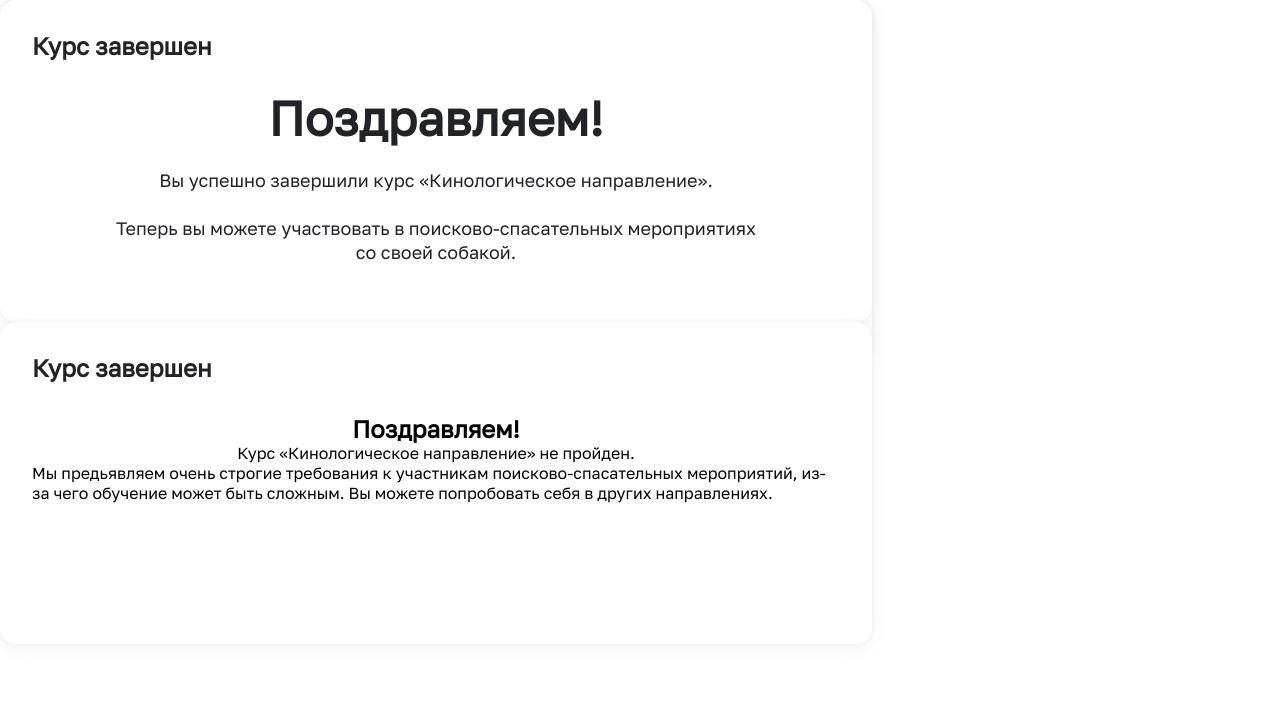
Repository: RuslanSR2424/Group5_LizaAlert
Page: index.html
An editor plug-in stored every save of this project. The page is shown before and after the next save, followed by the edit.
The browser window is 1280 px wide. The pictures show the whole page.

Above is the page before, as saved 2022-03-10 14:39:09.

### index.html
<!DOCTYPE html>
<html lang="en">

<head>
    <meta charset="UTF-8">
    <meta http-equiv="X-UA-Compatible" content="IE=edge">
    <meta name="viewport" content="width=device-width, initial-scale=1.0">
    <title>Document</title>
    <link rel="stylesheet" href="./pages/index.css" />
</head>

<body class="root">
    <section class="endOfCourse">
        <div class="endOfCourse">
            <p class="endOfCourse__name">Курс завершен</p>
            <div class="endOfCourse__container endOfCourse__container_type_congratulate">
                <h2 class="endOfCourse__title endOfCourse__title_type_congratulate">Поздравляем!</h2>
                <p class="endOfCourse__text endOfCourse__text_type_congratulate">Вы успешно завершили курс
                    «Кинологическое направление».</p>
                <p class="endOfCourse__text endOfCourse__text_type_congratulate">Теперь вы можете участвовать
                    в поисково-спасательных мероприятиях со своей
                    собакой.</p>
            </div>
        </div>
        <div class="endOfCourse">
            <p class="endOfCourse__name">Курс завершен</p>
            <div class="endOfCourse__container endOfCourse__container_type_sorry">
                <h2 class="endOfCourse__title endOfCourse__title_type_sorry">Поздравляем!</h2>
                <p class="endOfCourse__text endOfCourse__text_type_sorry">Курс «Кинологическое направление»
                    не пройден.</p>
                <p class="endOfCourse__text endOfCourse__text_type_sorry">Мы предьявляем очень строгие требования
                    к участникам поисково-спасательных мероприятий, из-за чего обучение может быть сложным. Вы можете
                    попробовать себя в других направлениях.</p>
            </div>
        </div>
    </section>

</body>

</html>

### pages/index.css
@import url(../fonts/fonts.css);
@import url(../blocks/root/root.css);

/* endOfCourse */

@import url(../blocks/endOfCourse/endOfCourse.css);
@import url(../blocks/endOfCourse/__congratulate/endOfCourse__congratulate.css);
@import url(../blocks/endOfCourse/__name/endOfCourse__name.css);
@import url(../blocks/endOfCourse/__container/endOfCourse__container.css);
@import url(../blocks/endOfCourse/__container/_type/endOfCourse__container_type_congratulate.css);
@import url(../blocks/endOfCourse/__text/endOfCourse__text.css);
@import url(../blocks/endOfCourse/__text/_type/endOfCourse__text_type_congratulate.css);
@import url(../blocks/endOfCourse/__title/endOfCourse__title.css);
@import url(../blocks/endOfCourse/__title/_type/endOfCourse__title_type_congratulate.css);

### fonts/fonts.css
@font-face {
    font-family: "GolosTextWebRegular";
    src: url(./golos/Golos-Text_Regular.woff2) format("woff2"),
      url(./golos/Golos-Text_Regular.woff) format("woff");
    font-weight: normal;
    font-style: normal;
  }
  @font-face {
    font-family: "GolosTextWebBold";
    src: url(./golos/Golos-Text_Bold.woff2) format("woff2"),
      url(./golos/Golos-Text_Bold.woff) format("woff");
    font-weight: 700,bold;
    font-style: normal;
  }

### blocks/root/root.css
.root {
  margin: 0;
  padding: 0;
  font-family: "GolosTextWebRegular";
}

### blocks/endOfCourse/endOfCourse.css
.endOfCourse {
  display: flex;
  flex-direction: column;

  width: 872px;
  height: 354px;

  background: #ffffff;
  box-shadow: 0px 0px 4px rgba(231, 232, 235, 0.6),
    0px 4px 16px rgba(231, 232, 235, 0.6);
  border-radius: 16px;
}

### blocks/endOfCourse/__congratulate/endOfCourse__congratulate.css
.endOfCourse__congratulate {
  display: flex;
  flex-direction: column;

  width: 872px;
  height: 354px;

  background: #ffffff;
  box-shadow: 0px 0px 4px rgba(231, 232, 235, 0.6),
    0px 4px 16px rgba(231, 232, 235, 0.6);
  border-radius: 16px;
}

### blocks/endOfCourse/__name/endOfCourse__name.css
.endOfCourse__name {
  font-style: normal;
  font-weight: 700;
  font-size: 24px;
  line-height: 28px;
  color: #212329;

  margin: 32px 32px 0 32px;
  padding: 0;
}

### blocks/endOfCourse/__container/endOfCourse__container.css
.endOfCourse__container {
  display: flex;
  flex-direction: column;
  align-items: center;

  width: 808px;
  height: 230px;

  margin: 32px auto 0 auto;
}

### blocks/endOfCourse/__container/_type/endOfCourse__container_type_congratulate.css
.endOfCourse__container_type_congratulate{}

### blocks/endOfCourse/__text/endOfCourse__text.css
.endOfCourse__text {
    margin: 0;
    padding: 0;
}

### blocks/endOfCourse/__text/_type/endOfCourse__text_type_congratulate.css
.endOfCourse__text_type_congratulate {
  font-style: normal;
  font-weight: 400;
  font-size: 18px;
  line-height: 24px;
  color: #212329;
  text-align: center;

  max-width: 680px;

  margin-bottom: 24px;
}

### blocks/endOfCourse/__title/endOfCourse__title.css
.endOfCourse__title {
    margin: 0;
    padding: 0;
}

### blocks/endOfCourse/__title/_type/endOfCourse__title_type_congratulate.css
.endOfCourse__title_type_congratulate {
  font-style: normal;
  font-size: 48px;
  line-height: 52px;
  color: #212329;
  margin-bottom: 24px;
}

After the next save:
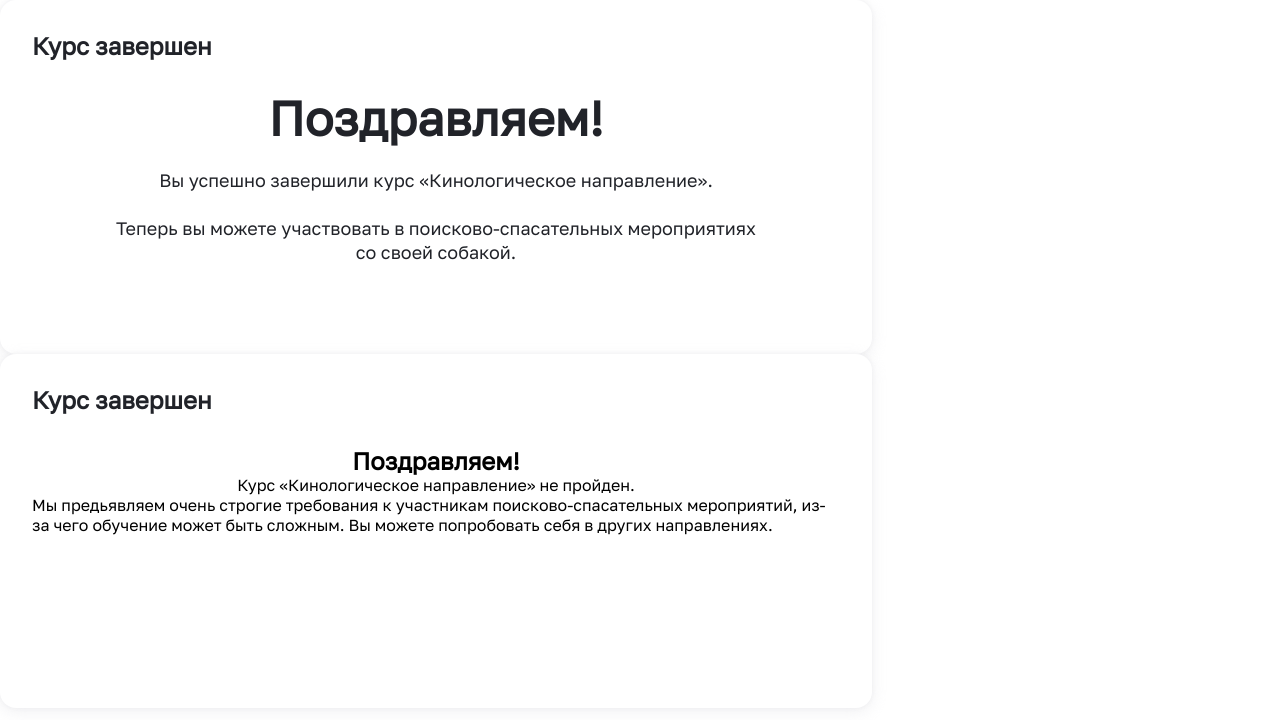
Saved 6 s later.
--- a/index.html
+++ b/index.html
@@ -10,7 +10,7 @@
 </head>
 
 <body class="root">
-    <section class="endOfCourse">
+    <section>
         <div class="endOfCourse">
             <p class="endOfCourse__name">Курс завершен</p>
             <div class="endOfCourse__container endOfCourse__container_type_congratulate">
